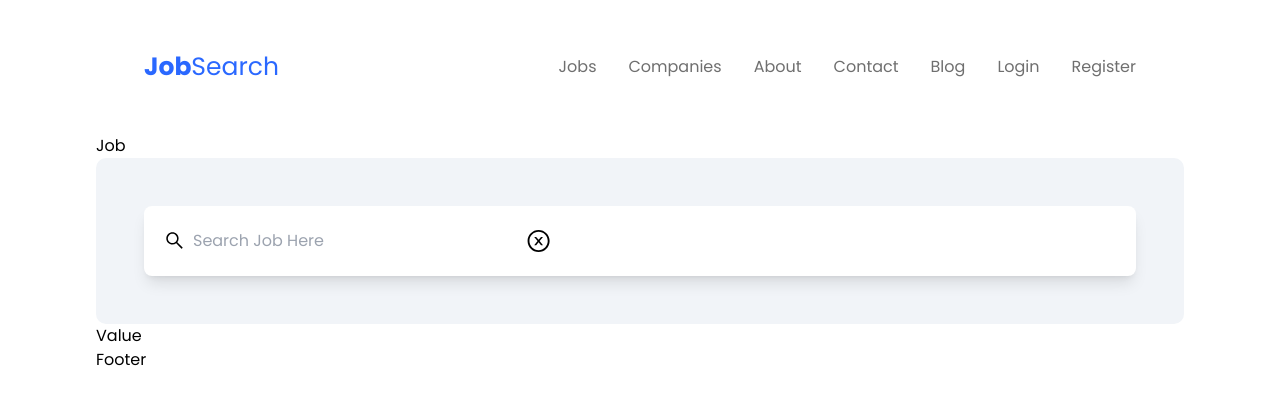
Repository: countaustin1990/Job-Search-website
Page: / (app in vite-project/)
The author's editor kept a copy of each file at every save. The page is drawn from the files as they stood at one save, then again after the next save.
The browser window is 1280 px wide. The pictures show the whole page.
The project was rebuilt for these pictures with package versions that can differ from the ones it lists, and the page was loaded fresh each time. Also part of the build but not shown: vite-project/vite.config.js.

Above is the page before, as saved 2023-08-12 17:20:24.

### vite-project/index.html
<!doctype html>
<html lang="en">
  <head>
    <meta charset="UTF-8" />
    <link rel="icon" type="image/svg+xml" href="/vite.svg" />
    <meta name="viewport" content="width=device-width, initial-scale=1.0" />
    <title>Vite + React</title>
  </head>
  <body>
    <div id="root"></div>
    <script type="module" src="/src/main.jsx"></script>
  </body>
</html>

### vite-project/src/App.jsx
import NavBar from './components/NavBar'
import Job from './components/Job'
import Value from './components/Value'
import Search from './components/Search'
import Footer from './components/Footer'

const App = () => {
  return(
    <div className='w-[85%] m-auto bg-white'>
      <NavBar/>
      <Job/>
      <Search/>
      <Value/>
      <Footer/>
    </div>
  )
}



export default App

### vite-project/src/index.css
@import url("https://fonts.googleapis.com/css2?family=Poppins:wght@200;300;400;500;600;700;800;900&display=swap");

@tailwind base;
@tailwind components;
@tailwind utilities;

:root{
  font-family: 'Poppins', sans-serif;
}

body{
  background: white;
}

li{
  list-style: none;
  cursor: pointer;
  position: relative;
}

li:hover::before{
  position: absolute;
  content: '';
  height: 4px;
  width: 100%;
  background: #2a68ff;
  right: 0;
  bottom: -10px;
  color: #2a68ff;
}

.icon{
  cursor: pointer;
}

.card{
  background: #000;
}

### vite-project/src/components/NavBar.jsx


const NavBar = () => {
    return(
        <div className='navBar flex justify-between items-center p-[3rem]'>
            <div className="logoDiv">
                <h1 className='logo text-[25px] text-blueColor'>
                    <strong>Job</strong>Search
                </h1>
            </div>

            <div className="menu flex gap-8">
                <li className="menuList text-[#6f6f6f] hover:text-blueColor">Jobs</li>
                <li className="menuList text-[#6f6f6f] hover:text-blueColor">Companies</li>
                <li className="menuList text-[#6f6f6f] hover:text-blueColor">About</li>
                <li className="menuList text-[#6f6f6f] hover:text-blueColor">Contact</li>
                <li className="menuList text-[#6f6f6f] hover:text-blueColor">Blog</li>
                <li className="menuList text-[#6f6f6f] hover:text-blueColor">Login</li>
                <li className="menuList text-[#6f6f6f] hover:text-blueColor">Register</li>
            </div>

        </div>
    )
}

export default NavBar

### vite-project/src/components/Job.jsx


 const Job = () => {
    return(
        <div>Job</div>
    )
 }

 export default Job

### vite-project/src/components/Value.jsx


const Value = () => {
    return(
        <div>Value</div>
    )
}

export default Value

### vite-project/src/components/Search.jsx
import { AiOutlineCloseCircle, AiOutlineSearch } from 'react-icons/ai'

const Search = () => {
    return(
        <div className='SearchDiv grid gp-10 bg-greyIsh rounded-[10px] p-[3rem]'>
            <form action=''>
                <div className='firstDiv flex justified-between items-center rounded-[8px] gap-[10px] bg-white p-5 shadow-lg shadow-greyIsh-700'>
                    <div className='flex gap-2 items-center'>
                       <div className="flex gap-2 items-center">
                            <AiOutlineSearch className='text-[25px] icon'/>
                                <input type="text" className='bg-transparent text-blue-500 focus:outline-none w-[100%]' placeholder='Search Job Here'/>
                                    <AiOutlineCloseCircle className='text-[30px] text-[#a5a6a6 hover:text-textColor icon'/>
                        </div>
                    </div>
                </div>
            </form>
        </div>
    )
}

export default Search

### vite-project/src/components/Footer.jsx


const Footer = () => {
    return(
        <div>Footer</div>
    )
}

export default Footer

### vite-project/tailwind.config.js
/** @type {import('tailwind').Config} */
export default {
  content: [
    "./index.html",
    "./src/**/*.{js,jsx}",
  ],
  theme: {
    extend: {
      colors: {
      'blueColor': '#2a68ff',
      'greyIsh': '#f1f4f8',
      'cardShadow': '#f7f8f9',
      'textColor': '#252b36',
      }
    },
  },
  plugins: [],
}

Loaded but not shown: vite-project/src/main.jsx (common file)

After the next save:
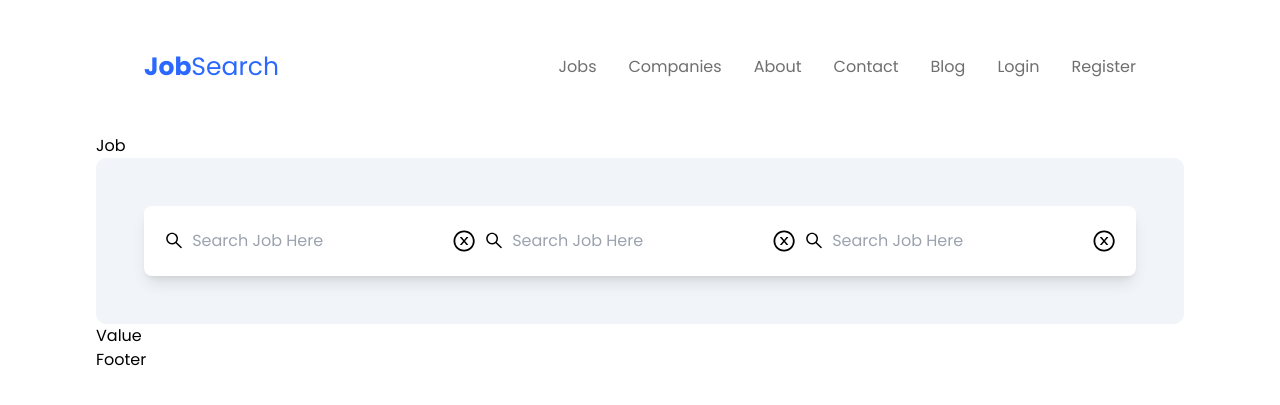
Saved 90 s later.
--- a/vite-project/src/components/Search.jsx
+++ b/vite-project/src/components/Search.jsx
@@ -11,6 +11,18 @@ const Search = () => {
                                 <input type="text" className='bg-transparent text-blue-500 focus:outline-none w-[100%]' placeholder='Search Job Here'/>
                                     <AiOutlineCloseCircle className='text-[30px] text-[#a5a6a6 hover:text-textColor icon'/>
                         </div>
+
+                        <div className="flex gap-2 items-center">
+                            <AiOutlineSearch className='text-[25px] icon'/>
+                                <input type="text" className='bg-transparent text-blue-500 focus:outline-none w-[100%]' placeholder='Search Job Here'/>
+                                    <AiOutlineCloseCircle className='text-[30px] text-[#a5a6a6 hover:text-textColor icon'/>
+                        </div>
+
+                        <div className="flex gap-2 items-center">
+                            <AiOutlineSearch className='text-[25px] icon'/>
+                                <input type="text" className='bg-transparent text-blue-500 focus:outline-none w-[100%]' placeholder='Search Job Here'/>
+                                    <AiOutlineCloseCircle className='text-[30px] text-[#a5a6a6 hover:text-textColor icon'/>
+                        </div>
                     </div>
                 </div>
             </form>
